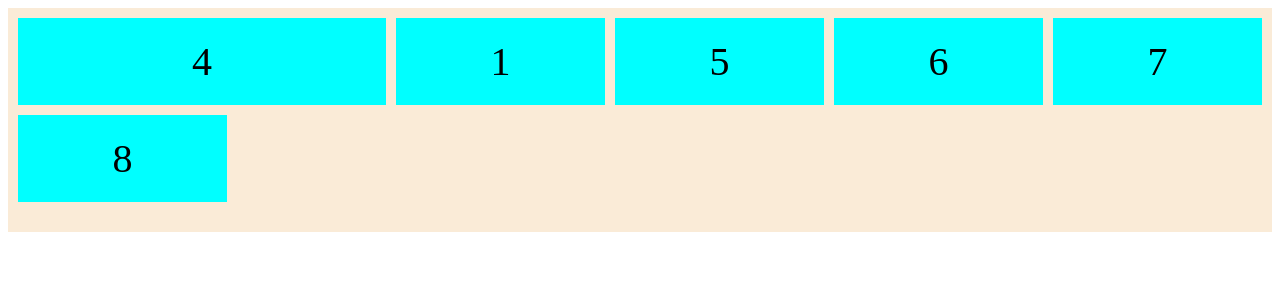
Repository: Thonghehe/Lab1_WEB106
Page: index11.html
The author's editor kept a copy of each file at every save. The page is drawn from the files as they stood at one save, then again after the next save.
The browser window is 1280 px wide. The pictures show the whole page.

Above is the page before, as saved 2024-03-05 18:08:04.

### index11.html
<!DOCTYPE html>
<html lang="en">

<head>
    <meta charset="UTF-8">
    <meta name="viewport" content="width=device-width, initial-scale=1.0">
    <title>Document</title>
    <link rel="stylesheet" href="./style.css">
</head>

<body>
    <div class="grid-container">
        <div class="item1">1</div>
        <div class="item2">2</div>
        <div class="item3">3</div>
        <div class="item4">4</div>
        <div class="item5">5</div>
        <div class="item6">6</div>
        <div class="item7">7</div>
        <div class="item8">8</div>
    </div>
</body>

</html>

### style.css
.grid-container {
    display: grid;
    grid-template-columns: auto auto auto auto auto auto;
    grid-template-rows: auto auto auto auto;
    gap: 10px;
    background-color: antiquewhite;
    padding: 10px;
}

.grid-container>div {
    background-color: aqua;
    text-align: center;
    padding: 20px;
    font-size: 40px;
}


.item2,

.item3,
.item4 {
    grid-column: 1/3;
    grid-row: 1/2;
}

After the next save:
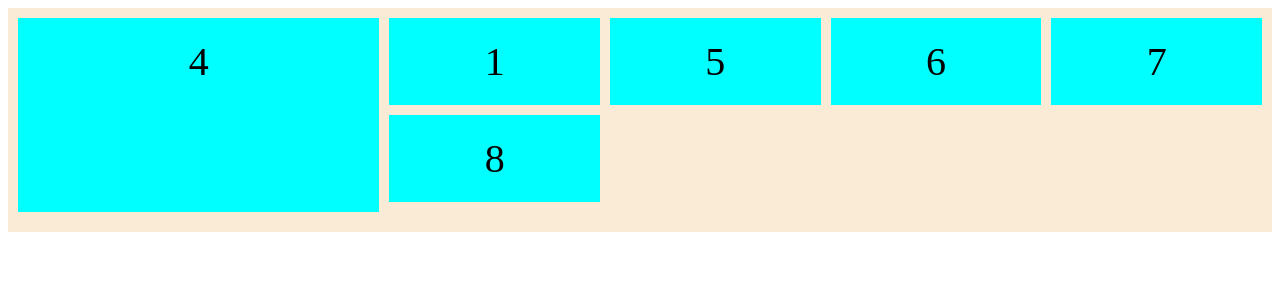
Saved 5 s later.
--- a/style.css
+++ b/style.css
@@ -20,5 +20,5 @@
 .item3,
 .item4 {
     grid-column: 1/3;
-    grid-row: 1/2;
+    grid-row: 1/4;
 }
